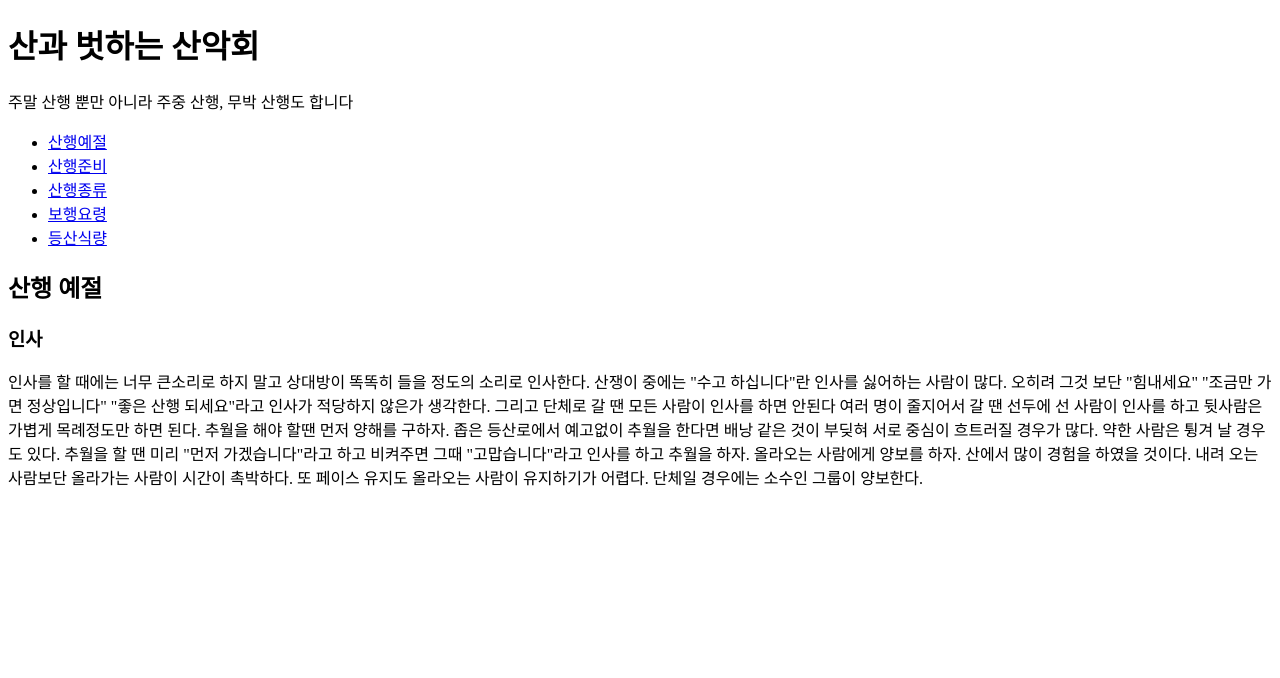
Repository: angelSuho/KCC_Learning_Repo
Page: Html/WebContent/sample01.html
An editor plug-in stored every save of this project. The page is shown before and after the next save, followed by the edit.
The browser window is 1280 px wide. The pictures show the whole page.

Above is the page before, as saved 2024-07-08 06:50:53.

### Html/WebContent/sample01.html
<!DOCTYPE html>
<html>
<head>
<meta charset="UTF-8">
<title>Insert title here</title>
</head>
<body>
	<header>
		<h1>산과 벗하는 산악회</h1>
		<p>주말 산행 뿐만 아니라 주중 산행, 무박 산행도 합니다</p>
	</header>

	<nav>
	<ul>
		<li><a href="#">산행예절</a></li>
		<li><a href="#">산행준비</a></li>
		<li><a href="#">산행종류</a></li>
		<li><a href="#">보행요령</a></li>
		<li><a href="#">등산식량 </a></li>
	</ul>
	</nav>

	<section id="manner">
		<header>
		<h2>산행 예절</h2>
		</header>
		<section id="greeting">
			<header>
				<h3>인사</h3>
			</header>
			<div>
			</div>
		</section>

	</section>



인사를 할 때에는 너무 큰소리로 하지 말고 상대방이 똑똑히 들을 정도의 소리로 인사한다. 산쟁이 중에는 "수고 하십니다"란 인사를 싫어하는 사람이 많다. 오히려 그것 보단 "힘내세요" "조금만 가면 정상입니다" "좋은 산행 되세요"라고 인사가 적당하지 않은가 생각한다. 그리고 단체로 갈 땐 모든 사람이 인사를 하면 안된다 여러 명이 줄지어서 갈 땐 선두에 선 사람이 인사를 하고 뒷사람은 가볍게 목례정도만 하면 된다.

추월을 해야 할땐 먼저 양해를 구하자.

좁은 등산로에서 예고없이 추월을 한다면 배낭 같은 것이 부딪혀 서로 중심이 흐트러질 경우가 많다. 약한 사람은 튕겨 날 경우도 있다. 추월을 할 땐 미리 "먼저 가겠습니다"라고 하고 비켜주면 그때 "고맙습니다"라고 인사를 하고 추월을 하자.

올라오는 사람에게 양보를 하자.

산에서 많이 경험을 하였을 것이다. 내려 오는 사람보단 올라가는 사람이 시간이 촉박하다. 또 페이스 유지도 올라오는 사람이 유지하기가 어렵다. 단체일 경우에는 소수인 그룹이 양보한다.
</body>
</html>

After the next save:
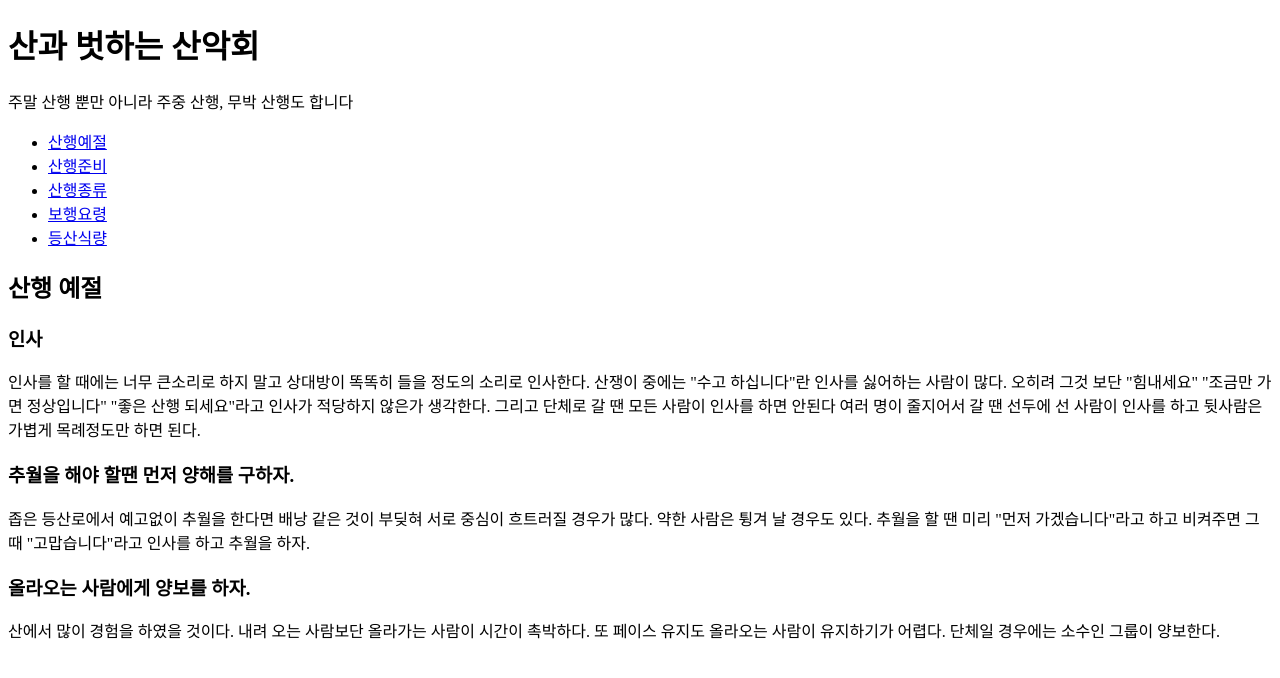
Saved 2 min 8 s later.
--- a/Html/WebContent/sample01.html
+++ b/Html/WebContent/sample01.html
@@ -28,22 +28,34 @@
 			<header>
 				<h3>인사</h3>
 			</header>
+
 			<div>
+				인사를 할 때에는 너무 큰소리로 하지 말고 상대방이 똑똑히 들을 정도의 소리로 인사한다. 산쟁이 중에는 "수고 하십니다"란 인사를 싫어하는 사람이 많다.
+				오히려 그것 보단 "힘내세요" "조금만 가면 정상입니다" "좋은 산행 되세요"라고 인사가 적당하지 않은가 생각한다.
+				그리고 단체로 갈 땐 모든 사람이 인사를 하면 안된다 여러 명이 줄지어서 갈 땐 선두에 선 사람이 인사를 하고 뒷사람은 가볍게 목례정도만 하면 된다.
+			</div>
+		</section>
+		<section>
+			<header>
+			<h3>추월을 해야 할땐 먼저 양해를 구하자.</h3>
+			</header>
+
+			<div>
+			좁은 등산로에서 예고없이 추월을 한다면 배낭 같은 것이 부딪혀 서로 중심이 흐트러질 경우가 많다.
+			약한 사람은 튕겨 날 경우도 있다. 추월을 할 땐 미리 "먼저 가겠습니다"라고 하고 비켜주면 그때 "고맙습니다"라고 인사를 하고 추월을 하자.
 			</div>
 		</section>
 
+		<section>
+			<header>
+			<h3>올라오는 사람에게 양보를 하자.</h3>
+			</header>
+
+			<div>
+			산에서 많이 경험을 하였을 것이다. 내려 오는 사람보단 올라가는 사람이 시간이 촉박하다.
+			또 페이스 유지도 올라오는 사람이 유지하기가 어렵다. 단체일 경우에는 소수인 그룹이 양보한다.
+			</div>
+		</section>
 	</section>
-
-
-
-인사를 할 때에는 너무 큰소리로 하지 말고 상대방이 똑똑히 들을 정도의 소리로 인사한다. 산쟁이 중에는 "수고 하십니다"란 인사를 싫어하는 사람이 많다. 오히려 그것 보단 "힘내세요" "조금만 가면 정상입니다" "좋은 산행 되세요"라고 인사가 적당하지 않은가 생각한다. 그리고 단체로 갈 땐 모든 사람이 인사를 하면 안된다 여러 명이 줄지어서 갈 땐 선두에 선 사람이 인사를 하고 뒷사람은 가볍게 목례정도만 하면 된다.
-
-추월을 해야 할땐 먼저 양해를 구하자.
-
-좁은 등산로에서 예고없이 추월을 한다면 배낭 같은 것이 부딪혀 서로 중심이 흐트러질 경우가 많다. 약한 사람은 튕겨 날 경우도 있다. 추월을 할 땐 미리 "먼저 가겠습니다"라고 하고 비켜주면 그때 "고맙습니다"라고 인사를 하고 추월을 하자.
-
-올라오는 사람에게 양보를 하자.
-
-산에서 많이 경험을 하였을 것이다. 내려 오는 사람보단 올라가는 사람이 시간이 촉박하다. 또 페이스 유지도 올라오는 사람이 유지하기가 어렵다. 단체일 경우에는 소수인 그룹이 양보한다.
 </body>
 </html>
